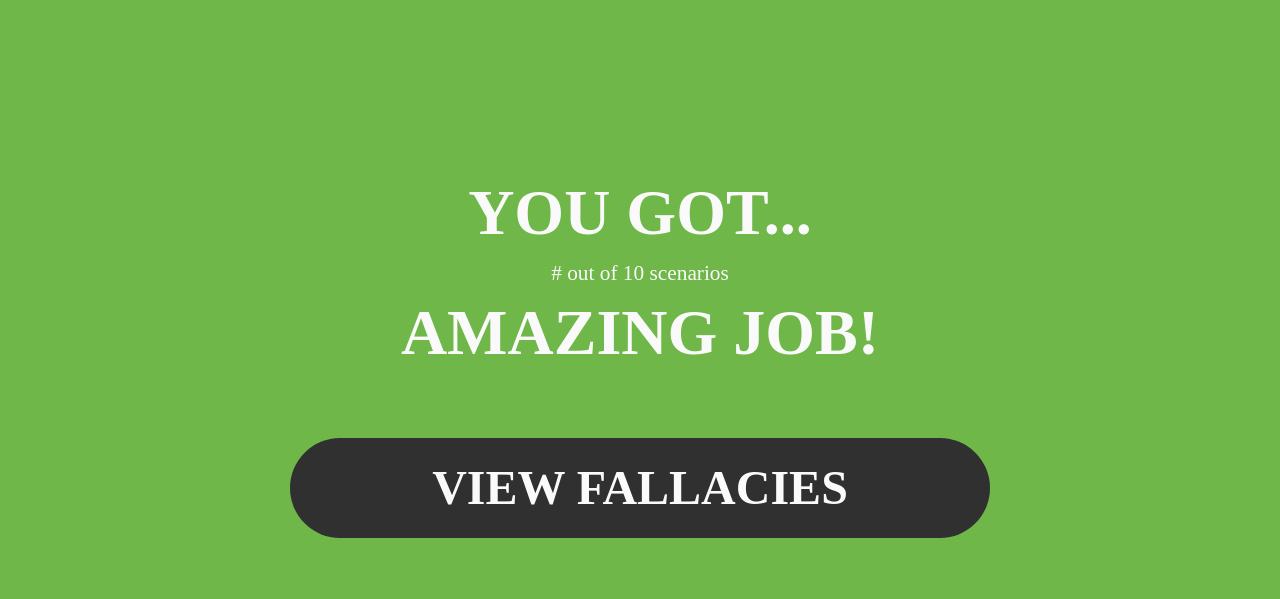
Repository: cindyvunguyen/fallacy
Page: index.html
The author's editor kept a copy of each file at every save. The page is drawn from the files as they stood at one save, then again after the next save.
The browser window is 1280 px wide. The pictures show the whole page.
Some web fonts or font styles are not loaded; a fallback is used.

Above is the page before, as saved 2020-03-12 17:09:35.

### index.html
<!DOCTYPE html>
<html lang="en">
<head>
    <meta charset="UTF-8">
    <meta name="viewport" content="width=device-width, initial-scale=1.0">
    <title>FALLACIES</title>
    <link href="style.css" rel="stylesheet" type="text/css">
</head>
<body>
    <div id="app">

        <!-- CINDY START -->

        <div id="home-page"></div>

        <div id="lets-start-page"></div>

        <div id="question-page"></div>

        <!-- CINDY END -->

        <!-- SOPHIA START -->

        <div id="correct-page">
            <div id="icon"></div>
            <div id="cp-text1">HORRAY!</div>
            <div id="cp-a-outcome">
                <div id="cp-text2">You avoided the</div>
                <div id="cp-fallacy">BANDWAGON FALLACY</div>
                <div id="cp-text2">which is</div>
            </div>
            <div id="cp-definition">Listening to what is popular instead of listening to yourself.</div>
            <button class="white-button">NEXT QUESTION</button>
        </div>

        <div id="incorrect-page">
            <div id="icon"></div>
            <div id="cp-text1">OH NO!</div>
            <div id="cp-a-outcome">
                <div id="cp-text2">You committed the</div>
                <div id="cp-fallacy">BANDWAGON FALLACY</div>
                <div id="cp-text2">which is</div>
            </div>
            <div id="cp-definition">Listening to what is popular instead of listening to yourself.</div>
            <button class="white-button">NEXT QUESTION</button>
        </div>

        <!-- the two above pages technically have the same HTML. so you can only have 1 div and change the CSS through JS. it's entirely up to you. -->

        <div id="results-page">
            <div id="rp-text">
                <div id="rp-message">YOU GOT...</div>
                <div id="rp-results"># out of 10 scenarios</div>
                <div id="rp-message">AMAZING JOB!</div>
            </div>
            <button class="grey-button">VIEW FALLACIES</button>
        </div>

        <div id="game-over-page"></div>

        <!-- the two above pages technically have the same HTML, so you can only have 1 div and change the CSS through JS. it's entirely up to you. -->

        <!-- SOPHIA END -->

        <!-- CHLOE START -->

        <div id="review-page"></div>

        <div id="review2-page"></div>

        <div id="fallacy-review-page"></div>

        <div id="three-fallacies-page"></div>
        <!-- change the page's content with JS to show all three fallacies when clicked -->

        <!-- CHLOE END -->
        <script src="js.js"></script>
    </div>
</body>
</html>

### style.css
body {
    margin: 0;
}

#app {
    width: 100vw;
    height: 100vh;
    font-family: Visby;
    background-color: #468091;
    color: #FAFAFA;
}

@font-face {
    font-family: Visby;
    src: url(fonts/VisbyRoundCF-Regular.otf) format("woff");
}

@font-face {
    font-family: Visby;
    src: url(fonts/VisbyRoundCF-ExtraBold.otf) format("woff");
    font-weight: bold;
}

.pink-button {
    height: 100px;
    width: 700px;
    background-color: #ed2265;
    border: 0px;
    border-radius: 75px;
    font-family: Visby;
    font-weight: bold;
    font-size: 36pt;
    color: #FAFAFA;
    outline: 0;
}

.pink-button:active {
    background-color: #9c1542;
}

.white-button {
    height: 100px;
    width: 700px;
    background-color: #FAFAFA;
    border: 0px;
    border-radius: 75px;
    font-family: Visby;
    font-weight: bold;
    font-size: 36pt;
    color: #303030;
    outline: 0;
}

.white-button:active {
    background-color: #9e9e9e;
}

.grey-button {
    height: 100px;
    width: 700px;
    background-color: #303030;
    border: 0px;
    border-radius: 75px;
    font-family: Visby;
    font-weight: bold;
    font-size: 36pt;
    color: #FAFAFA;
    outline: 0;
}

.grey-button:active {
    background-color: #000000;
}

/* CINDY START */

/* CINDY END */

/* SOPHIA START */

/* correct page */
#correct-page {
    width: 100vw;
    height: 100vh;
    /* display: flex; */
    display: none;
    flex-direction: column;
    align-items: center;
    justify-content: center;
    background-color: #6eb748; /* incorrect, change to #860000*/
}

#icon {
    background-color: olive;
    width: 150px;
    height: 150px;
    border-radius: 50%;
}

#cp-text1 {
    font-size: 36pt;
    font-weight: bold;
    padding: 35px 0;
}

#cp-text2 {
    font-size: 16pt;
    font-weight: bold;
}

#cp-fallacy {
    font-size: 36pt;
    font-weight: bold;
}

#cp-definition {
    font-size: 16pt;
    line-height: 150px;
}

#cp-a-outcome {
    line-height: 60px;
    display: flex;
    flex-direction: column;
    align-items: center;
    justify-content: center;
}

/* icorrect page */
#incorrect-page {
    width: 100vw;
    height: 100vh;
    /* display: flex; */
    display: none;
    flex-direction: column;
    align-items: center;
    justify-content: center;
    background-color: #860000;
}

#incorrect-icon {
    background-color: olive;
    width: 150px;
    height: 150px;
    border-radius: 50%;
}

#ip-text1 {
    font-size: 36pt;
    font-weight: bold;
    padding: 35px 0;
}

#ip-text2 {
    font-size: 16pt;
    font-weight: bold;
}

#ip-fallacy {
    font-size: 36pt;
    font-weight: bold;
}

#ip-definition {
    font-size: 16pt;
    line-height: 150px;
}

#ip-a-outcome {
    line-height: 60px;
    display: flex;
    flex-direction: column;
    align-items: center;
    justify-content: center;
}

/* results page */
#results-page {
    width: 100vw;
    height: 100vh;
    display: flex;
    /* display: none; */
    flex-direction: column;
    align-items: center;
    justify-content: center;
    background-color: #6eb748; /* incorrect, change to #860000*/
}

#rp-text {
    padding: 0 0 75px 0;
    line-height: 60px;
    display: flex;
    flex-direction: column;
    align-items: center;
    justify-content: center;
}

#rp-message {
    font-size: 48pt;
    font-weight: bold;
}

#rp-results {
    font-size: 16pt;
}

/* SOPHIA END */

/* CHLOE START */

/* CHLOE END */

### js.js
// CINDY START

// CINDY END

// SOPHIA START

// SOPHIA END

// CHLOE START

// CHLOE END

After the next save:
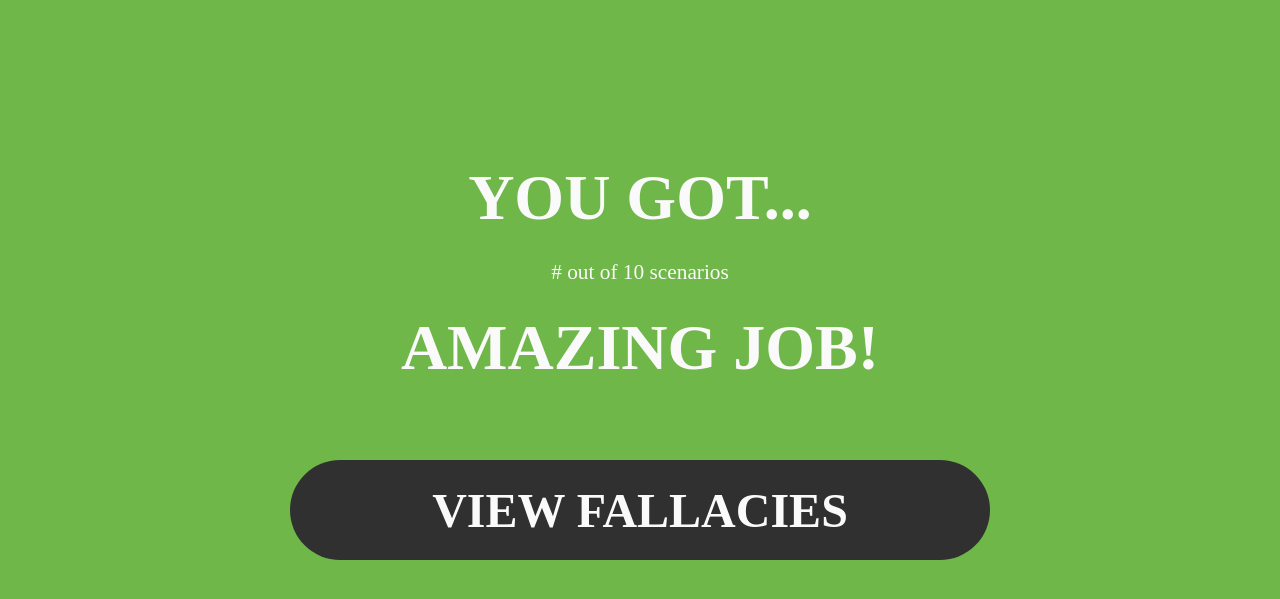
Saved 13 s later.
--- a/style.css
+++ b/style.css
@@ -188,7 +188,7 @@ body {
 
 #rp-text {
     padding: 0 0 75px 0;
-    line-height: 60px;
+    line-height: 75px;
     display: flex;
     flex-direction: column;
     align-items: center;
